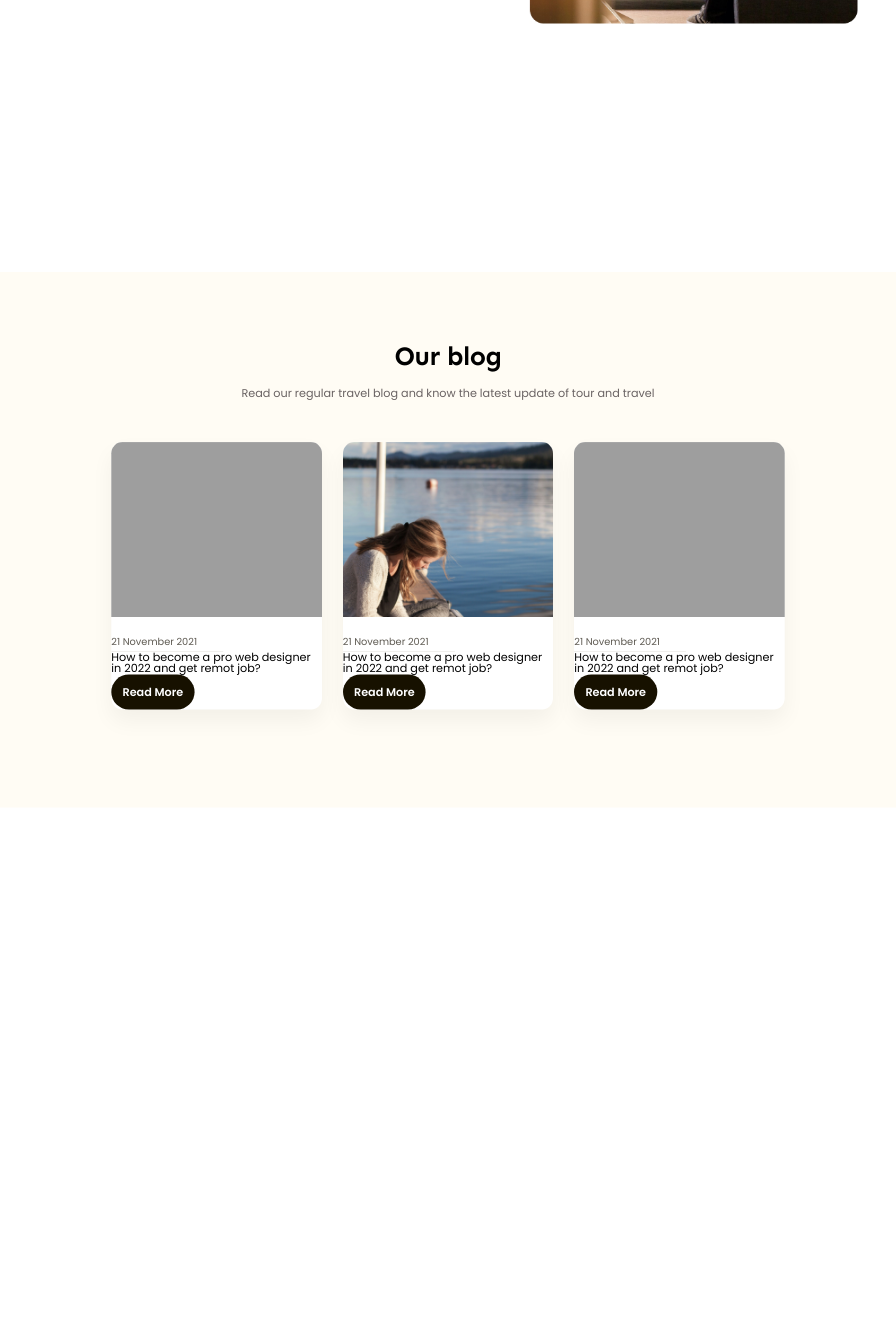
Repository: Toihoclaptrinh/duan1_figma
Page: index.html
The author's editor kept a copy of each file at every save. The page is drawn from the files as they stood at one save, then again after the next save.
The browser window is 1280 px wide. The pictures show the part of the page from y = 3591 to 5511 px (the page is 10000 px tall), at 70% of full size.
Pictures or frames that could not be fetched are drawn as grey boxes.

Above is the page before, as saved 2024-02-17 03:09:27.

After the next save:
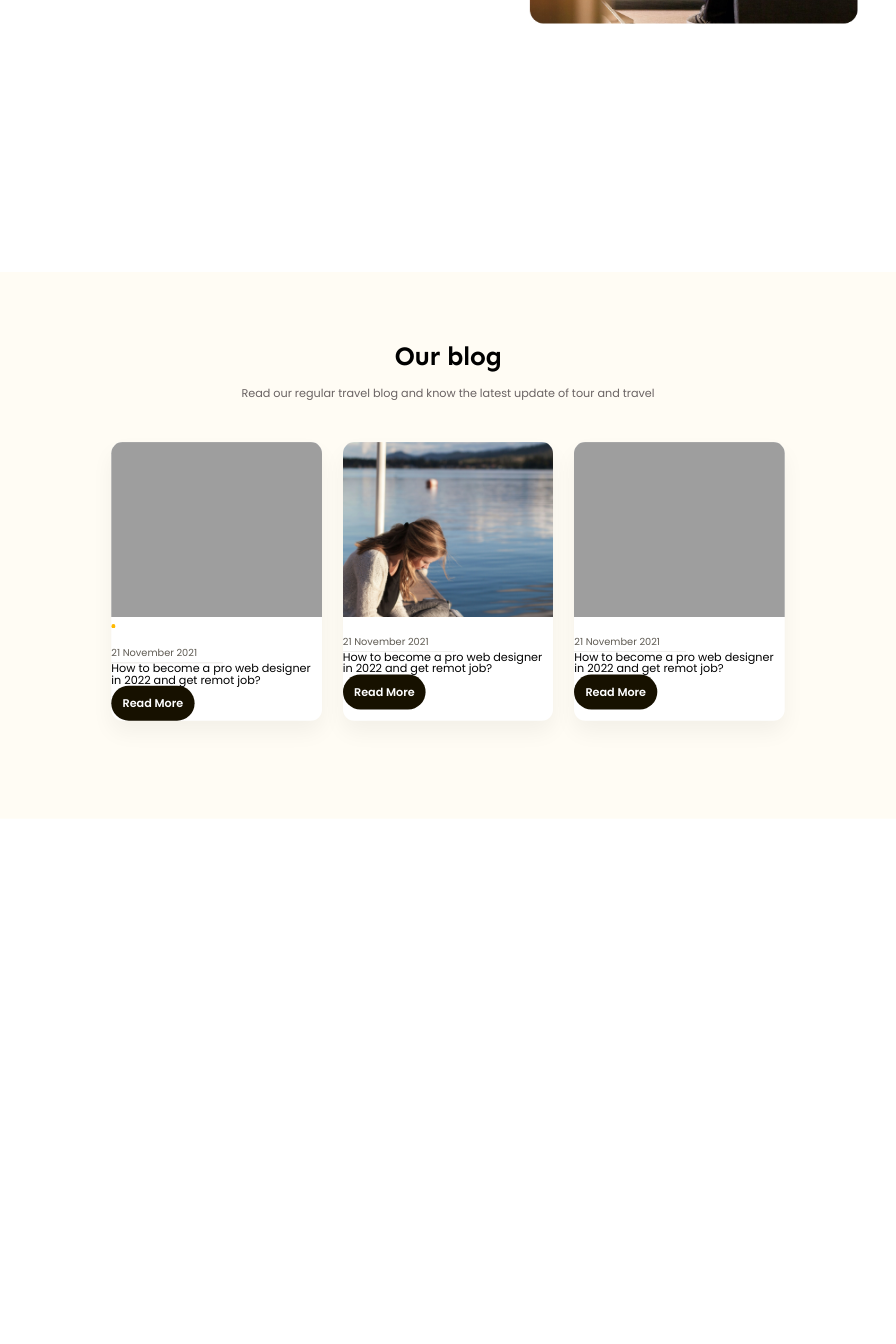
Saved 119 s later.
--- a/index.html
+++ b/index.html
@@ -321,6 +321,7 @@
           <div class="blog-item">
             <img src="./assets/img/blog_thumb1.png" alt="How to become a pro web designer in 2022 and get remot job?" class="thumb">
             <div class="blog-content">
+              <img src="./assets/icon/blog_ellipse.svg" alt="">
               <p class="date">21 November 2021</p>
               <h3 class="title">How to become a pro web designer in 2022 and get remot job?</h3>
               <a href="" class="btn">Read More</a>
